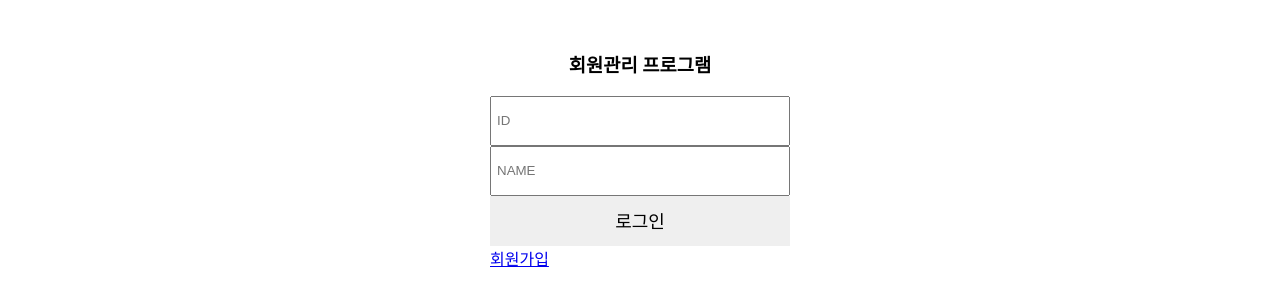
Repository: goatmxj67/ServerProgram1
Page: http://localhost/ServerProgram1/login.jsp
An editor plug-in stored every save of this project. The page is shown before and after the next save, followed by the edit.
The browser window is 1280 px wide. The pictures show the whole page.
The page is served by Tomcat 9. Other server files are loaded and not shown.

Above is the page before, as saved 2021-06-14 07:39:01.
Console error: ReferenceError: $ is not defined

### ServerProgram1/WebContent/login.jsp
<%@ page language="java" contentType="text/html; charset=UTF-8"
    pageEncoding="UTF-8"%>

<% request.setCharacterEncoding("utf-8"); %>

<style>
	.login_form {
		width: 300px;
		margin: 50px auto;
	}
	h3 {
		text-align: center;
	}
	#f input {
		padding: 5px;
		width: 100%;
		height: 50px;
	}
	#f button {
		width: 100%;
		height: 50px;
		line-height: 50px;
		border: none;
		font-size: 18px;
	}
	#f button:hover {
		cursor: pointer;
	}
</style>
<script>
	$(document).ready(function(){
		const f = $('#f');
		const id = $('#id');
		const name = $('#name');
		f.submit(function(event){
			if (id.val() == '') {
				alert('아이디와 이름은 필수입니다.');
				id.focus();
				event.preventDefault();
				return false;
			}
			else if (name.val() == '') {
				alert('아이디와 이름은 필수입니다.');
				name.focus();
				event.preventDefault();
				return false;
			}
		})
	})
</script>

<div class="login_form">
	<h3>회원관리 프로그램</h3>
	<form action="/ServerProgram1/login.do" id="f" method="post">
		<input type="text" name="id" id="id" placeholder="ID"><br>
		<input type="text" name="name" id="name" placeholder="NAME"><br>
		<button>로그인</button><a href="join.do">회원가입</a>
	</form>
</div>

After the next save:
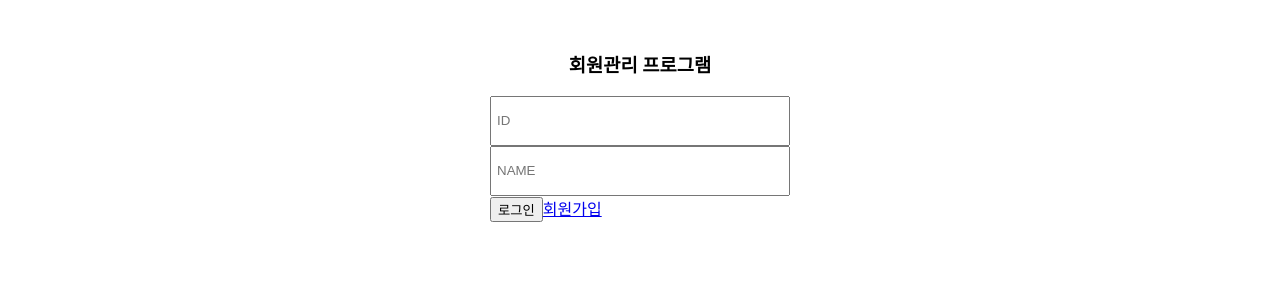
Saved 37 s later.
--- a/ServerProgram1/WebContent/login.jsp
+++ b/ServerProgram1/WebContent/login.jsp
@@ -16,13 +16,7 @@
 		width: 100%;
 		height: 50px;
 	}
-	#f button {
-		width: 100%;
-		height: 50px;
-		line-height: 50px;
-		border: none;
-		font-size: 18px;
-	}
+
 	#f button:hover {
 		cursor: pointer;
 	}
